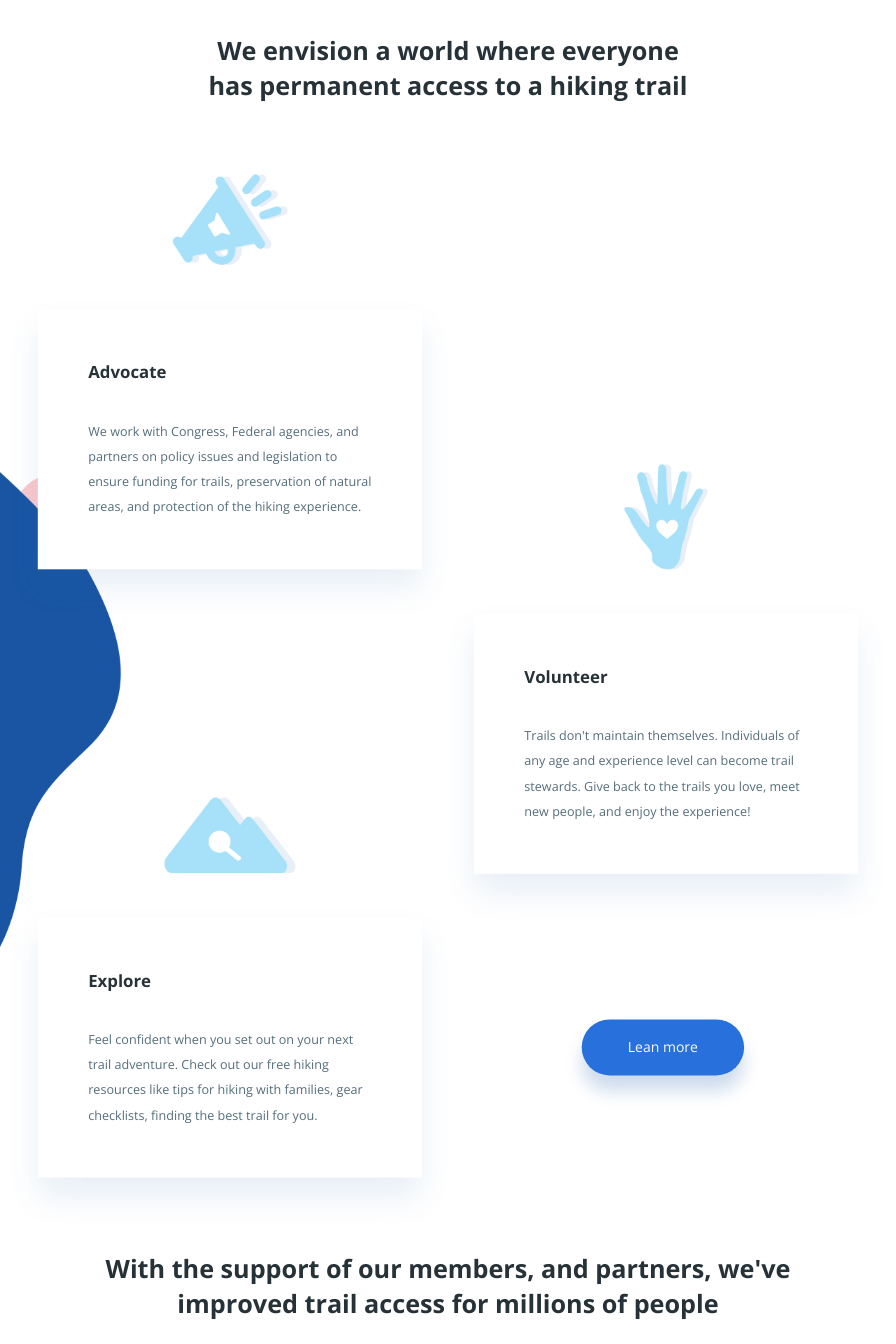
Repository: huubinh98/Project
Page: muncak/index.html
An editor plug-in stored every save of this project. The page is shown before and after the next save, followed by the edit.
The browser window is 1280 px wide. The pictures show the part of the page from y = 1135 to 3055 px (the page is 4779 px tall), at 70% of full size.

Above is the page before, as saved 2021-08-28 19:36:20.

### muncak/index.html
<!DOCTYPE html>
<html lang="en">

<head>
    <meta charset="UTF-8">
    <meta http-equiv="X-UA-Compatible" content="IE=edge">
    <meta name="viewport" content="width=device-width, initial-scale=1.0">
    <link rel="stylesheet" href="./style.css">
    <link rel="preconnect" href="https://fonts.googleapis.com">
    <link rel="preconnect" href="https://fonts.gstatic.com" crossorigin>
    <link href="https://fonts.googleapis.com/css2?family=Open+Sans:wght@300;400;600;700&display=swap" rel="stylesheet">
    <title>Muncak</title>
</head>

<body>
    <header class="header">
        <div class="container header-nav">
            <h1 class="logo"><a href="" class="logo-link"><img src="./image/Muncak.png" alt="" class="logo-img"></a>
            </h1>
            <ul class="nav-list">
                <li class="nav-item">
                    <a href="" class="nav-item-link">Home</a>
                </li>
                <li class="nav-item">
                    <a href="" class="nav-item-link">Go Hiking</a>
                </li>
                <li class="nav-item">
                    <a href="" class="nav-item-link">About</a>
                </li>
                <li class="nav-item">
                    <a href="" class="nav-item-link nav-highlight">Login</a>
                </li>
            </ul>
        </div>
        <div class="container-small">
            <h1 class="heading-banner">Lets get the top of Moutain</h1>
            <p class="heading-desc">Here is the hiking information you need to decide
                if it is right for you, and to make it more interesting,
                enjoyable, and safe.</p>
            <a href="#" class="btn c"> Get Started</a>
        </div>
    </header>
    <section class="about">
        <div class="container-small about-wrap">
            <h2 class="heading-name hearding-name-about">We envision a world where everyone
                has permanent access to a hiking trail</h2>
            <div class="about-item">
                <img src="./image/loa.png" alt="loa" class="about-img">
                <div class="about-content">
                    <h4 class="about-content-heading">Advocate</h4>
                    <p class="about-content-desc">We work with Congress, Federal agencies, and partners on policy issues
                        and legislation to ensure funding for trails, preservation of natural areas, and protection of
                        the hiking experience.</p>
                </div>
            </div>
            <div class="about-item">
                <img src="./image/bantay.png" alt="loa" class="about-img">
                <div class="about-content">
                    <h4 class="about-content-heading">Volunteer </h4>
                    <p class="about-content-desc">Trails don't maintain themselves. Individuals of any age and
                        experience level can become trail stewards. Give back to the trails you love, meet new people,
                        and enjoy the experience!</p>
                </div>
            </div>
            <div class="about-item">
                <img src="./image/nui.png" alt="loa" class="about-img">
                <div class="about-content">
                    <h4 class="about-content-heading">Explore</h4>
                    <p class="about-content-desc">Feel confident when you set out on your next trail adventure. Check
                        out our free hiking resources like tips for hiking with families, gear checklists, finding the
                        best trail for you.</p>
                </div>
            </div>
            <a href="" class="btn btn-about">Lean more</a>
        </div>
        <div class="container-small about-custumer">
            <h2 class="heading-name">With the support of our members, and partners, we've improved trail access for millions of people</h2>
            <div class="customer-content">
                <p class="customer-text">We’ve Mobilized <span>558,768</span> Trail Volunteers</p>
                <p class="customer-text">We’ve Facilitated <span>41,146</span>
                    Miles of Trail Maintenance & Construction</p>
                <p class="customer-text">Volunteers Have Contributed <span>$108 Milion</span> in Volunteer Labor</p>
            </div>
        </div>
    </section>

    <!-- -----------new--------------- -->
    <section class="new">
        <div class="container-small">
            <h2 class="heading-name">Protecting Trails: Current News and Issues</h2>
            <div class="new-content">
                <div class="new-item">
                    <a href="#" class="new-item-link">
                        <img src="./image/pic1.jpg" alt="pic1" class="new-item-img">
                    </a>
                    <div class="new-item-text">
                        <h3 class="new-item-name">2,802 Miles of Trail to be Improved on International Trails Day</h3>
                        <p class="new-item-desc">On June 2, 2018, people across the worldwill come together to
                            collectively improve 2,802 miles of trail—the distance across the world—during International
                            Trails Day. Muncak invites hikers, cyclists,…</p>
                        <a href="#" class="new-item-link">Read More</a>
                    </div>
                </div>
                <div class="new-item">
                    <a href="#" class="new-item-link">
                        <img src="./image/pic2.jpg" alt="pic1" class="new-item-img">
                    </a>
                    <div class="new-item-text">
                        <h3 class="new-item-name">Four Ways to Celebrate International Trails Day on a Bicycle</h3>
                        <p class="new-item-desc">There are many ways to celebrate the International Trails Day on June 2. It’s even possible to participate on a bicycle. And if you go on a bike overnight trip during International Trails Dayyou will simultaneously…</p>
                        <a href="#" class="new-item-link">Read More</a>
                    </div>
                </div>
                <div class="new-item">
                    <a href="#" class="new-item-link">
                        <img src="./image/pic3.jpg" alt="pic1" class="new-item-img">
                    </a>
                    <div class="new-item-text">
                        <h3 class="new-item-name">Millennials are the Future of our Trails</h3>
                        <p class="new-item-desc">The smell of fresh dew is a welcome scent, as the crunch of my boots melds with the sound of the birds singing their morning song. It’s early and I am wearing layers, but it won’t be long until they are peeled away to adapt to the summer…</p>
                        <a href="#" class="new-item-link">Read More</a>
                    </div>
                </div>
            </div>
        </div>
    </section>

    <div class="contact-footer">
        <div class="container">
            <h5 class="contact-heading">Receive the latest updates on how to protect trails.
                Subscribe to the monthly edition of Paperless Trails.</h5>
            <form action="">
                <input type="text" name="Name" id="" class="form-input">
                <input type="text" name="Email" id="" class="form-input">
                <button type="submit">Subscribe</button>
            </form>
        </div>
        <footer class="footer container">
            <div class="footer-info">
                <div class="footer-item">
                    <h4>Contact US</h4>
                    <p>Muncak hiking society
                        8605 Second Ave.
                        Silver Spring, MD 20910</p>
                    <p>
                        <span>Info@muncak.org</span>
                        <span>1-301-565-6704 (Main)</span>
                        <span>1-800-972-8608 (Toll-free)</span>
                    </p>
                </div>
                <div class="footer-item">
                    <h4>About us</h4>
                    <ul>
                        <li>
                            <a href="">Our Mission</a>
                        </li>
                        <li>
                            <a href="">Our Team</a>
                        </li>
                        <li>
                            <a href="">Corporate Sponsors</a>
                        </li>
                        <li>
                            <a href="">Financials</a>
                        </li>
                        <li>
                            <a href="">Media Center</a>
                        </li>
                    </ul>
                </div>
                <div class="footer-item">
                    <h4>Our Programs</h4>
                    <ul>
                        <li>
                            <a href="">Hike The Hill</a>
                        </li>
                        <li>
                            <a href="">Volunteer Vacations</a>
                        </li>
                        <li>
                            <a href="">Alternative Break</a>
                        </li>
                    </ul>
                </div>
                <div class="footer-item">
                    <h4>support trails</h4>
                    <ul>
                        <li>
                            <a href="">Donate</a>
                        </li>
                        <li>
                            <a href="">Individual Membership</a>
                        </li>
                        <li>
                            <a href="">Gift membership</a>
                        </li>
                        <li>
                            <a href="">Hiker Store</a>
                        </li>
                    </ul>
                </div>
                <div class="footer-item">
                    <h4>hiking resources</h4>
                    <ul>
                        <li>
                            <a href="">Hikes Near You</a>
                        </li>
                        <li>
                            <a href="">Hiking 101</a>
                        </li>
                        <li>
                            <a href="">Muncak Blog</a>
                        </li>
                        <li>
                            <a href="">Hiking Organizations</a>
                        </li>
                    </ul>
                </div>
            </div>
            <ul class="socical">
                <li class="socical-item">
                    <a href="" class="socical-item-link">
                        <img src="./image/instar.png" alt="" class="socical-item-img">
                    </a>
                </li>
                <li class="socical-item">
                    <a href="" class="socical-item-link">
                        <img src="./image/facebook.png" alt="" class="socical-item-img">
                    </a>
                </li>
                <li class="socical-item">
                    <a href="" class="socical-item-link">
                        <img src="./image/tiwer.png" alt="" class="socical-item-img">
                    </a>
                </li>
            </ul>
        </footer>
    </div>
</body>

</html>

### muncak/style.css
* {
    margin: 0;
    padding: 0;
    box-sizing: border-box;
}

html {
    font-size: 62.5%;
    line-height: 1.6rem;
    font-family: 'Open Sans', sans-serif;
    scroll-behavior: smooth;
}

ul, li {
    list-style: none;
}

a {
    text-decoration: none;
}

.container {
    max-width: 1404px;
    width: 100%;
    margin: 0 auto;
}

.container-small {
    max-width: 1172px;
    width: 100%;
    margin: 0 auto;
}

.btn {
    font-size: 2rem;
    line-height: 8rem;
    color: #fbfcfc;
    background-color: #2870db;
    border-radius: 40px;
    display: inline-block;
    padding: 0 66px;
    box-shadow: 0 22px 24px rgba(17, 83, 165, 0.21);
    transition: 0.25s ease;
}

.heading-name {
    font-size: 3.6rem;
    line-height: 5rem;
    text-align: center;
    margin: 0 auto;
    color: #263238;
    margin-bottom: 101px;
    max-width: 1000px;
}

.btn:hover {
    background-color: #1153a5;
}

/* ----------------------- */

.header {
    margin: 0 auto;
    max-width: 1900px;
    height: 1026px;
    background-color: white;
    background-image: url(./image/backgroudleft1.png), url(./image/Muncak-Landing-Page.png);
    background-position: left bottom, right top;
    background-repeat: no-repeat, no-repeat;
}

.header-nav {
    display: flex;
    justify-content: space-between;
    padding-top: 85px;
}

.logo{

}
.logo-link{

}
.logo-img{

}
.nav-list{

}
.nav-item{
    display: inline-block;
}
.nav-item-link{
    font-size: 1.8rem;
    font-weight: 400;
    line-height: 3.6rem;
    color: #fff;
    padding: 0 36px;
    display: inline-block;
}

.nav-highlight {
    background-color: #fff;
    color: #14215e;
    border-radius: 14px;
}

.heading-banner {
    font-size: 5rem;
    line-height: 6rem;
    color: #1c2056;
    margin-top: 144px;
    max-width: 400px;
}

.heading-desc {
    font-size: 1.8rem;
    line-height: 4rem;
    color: rgba(45, 32, 88, 0.65);
    max-width: 400px;
    margin-top: 43px;
    margin-bottom: 103px;
}

.btn-heading {
    margin-bottom: 310px;
}


/* -----------about---------------- */
.about {
    padding-top: 158px;
    background-image: url(./image/backgroudleft1.png);
    background-repeat: no-repeat;
    background-position: left;
}

.about-wrap {
    margin-bottom: 105px;
}

.hearding-name-about {
    max-width: 700px;
}

.about-item {
    margin-top: -150px;
    max-width: 549px;
}

.about-item:nth-child(2n + 1) {
    margin-left: auto;
}

.about-item:nth-child(2n + 2) {
    margin-top: -109px;
}

.about-item:first-of-type {
    margin-top: 0;
}

.about-img {
    display: block;
    margin: 0 auto;
    margin-bottom: 63px;
}

.about-content {
    box-shadow: 0 27px 43px rgb(32 94 171 / 10%);
    background-color: #fff;
    padding: 72px;
}

.about-content-heading {
    font-size: 2.4rem;
    line-height: 3.6rem;
    color: #263238;
    padding-bottom: 48px;
}

.about-content-desc {
    font-size: 1.8rem;
    line-height: 3.6rem;
    color: #546e7a;
}

.btn-about {
    float: right;
    margin-right: 163px;
    margin-top: -226px;
}

/* -----------customer-------------- */

.about-custumer {
    margin-top: 105px;
}

.customer-content {
    display: flex;
    justify-content: space-between;
}

.customer-text {
    text-align: center;
    font-size: 2.2rem;
    line-height: 2.3rem;
    color: #263238;
}

.customer-text span {
    font-size: 3.6rem;
    display: block;
    color: #1a56a3;
    font-weight: 700;
    line-height: 3.4rem;
    padding: 34px 0;
}

After the next save:
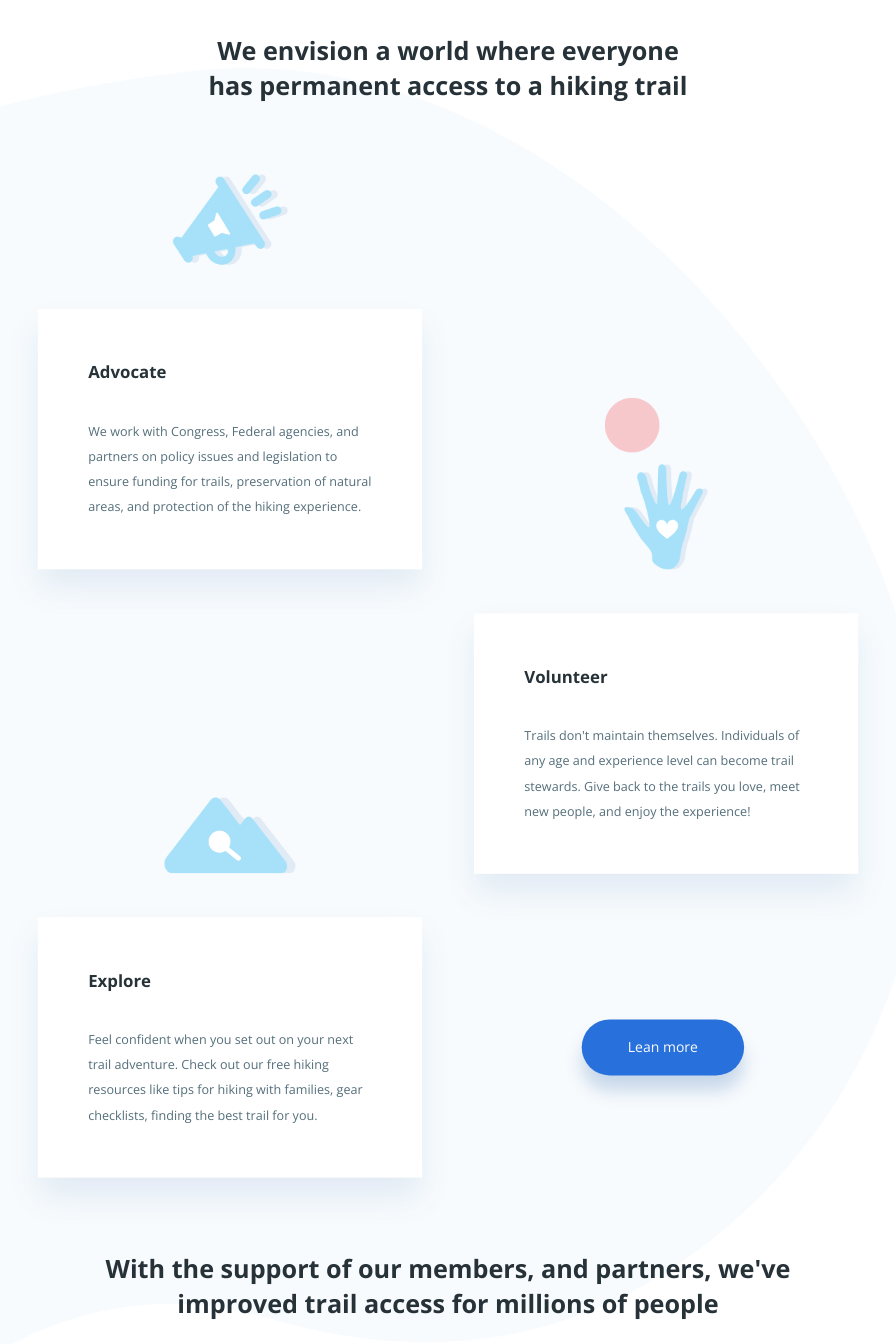
Saved 22 s later.
--- a/muncak/style.css
+++ b/muncak/style.css
@@ -130,7 +130,7 @@ a {
 /* -----------about---------------- */
 .about {
     padding-top: 158px;
-    background-image: url(./image/backgroudleft1.png);
+    background-image: url(./image/backgroudleft2.png);
     background-repeat: no-repeat;
     background-position: left;
 }
